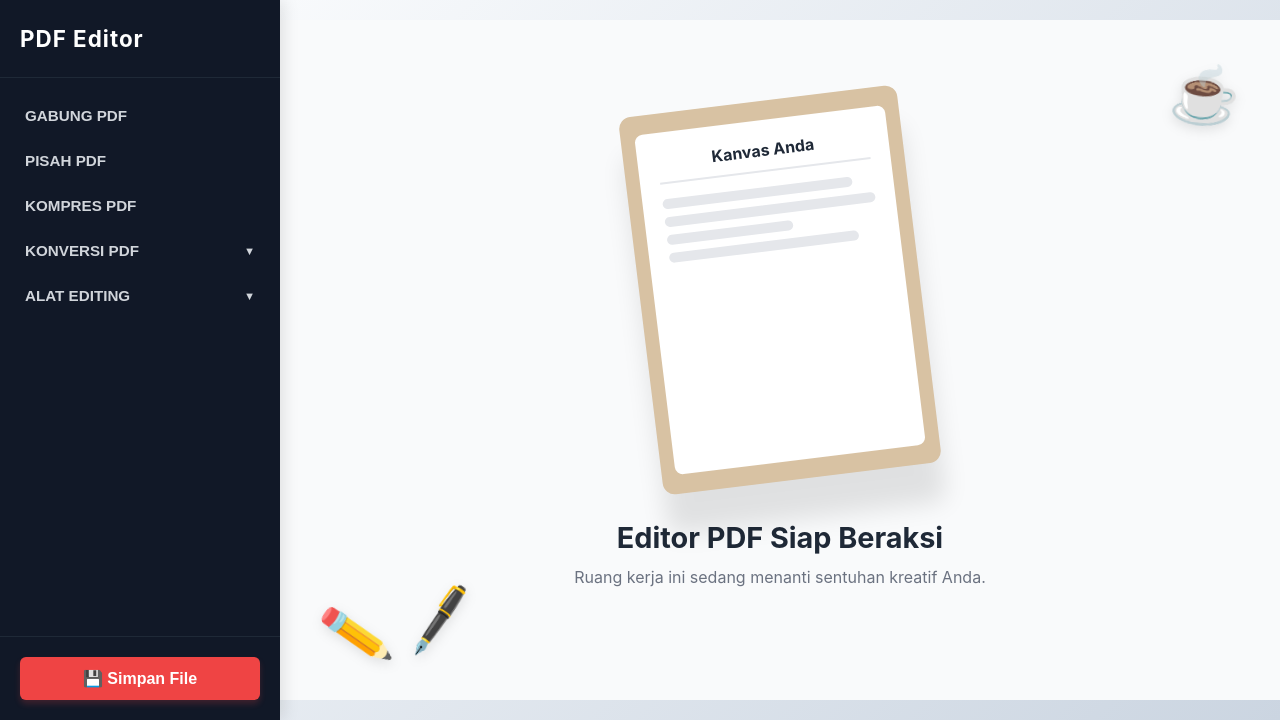
Repository: IkhsanMoekhtar/pdf_editor
Page: /
These files come from the project's save history. The page is drawn as it stood at one moment and after the next save; the edit follows.
The browser window is 1280 px wide. The pictures show the whole page.
The project was rebuilt for these pictures with package versions that can differ from the ones it lists, and the page was loaded fresh each time. Also part of the build but not shown: vite.config.js.

Above is the page before, as saved 2026-03-20 04:04:02.

### index.html
<!doctype html>
<html lang="en">
  <head>
    <meta charset="UTF-8" />
    <link rel="icon" type="image/svg+xml" href="/favicon.svg" />
    <meta name="viewport" content="width=device-width, initial-scale=1.0" />
    <title>frontend-pdf</title>
  </head>
  <body>
    <div id="root"></div>
    <script type="module" src="/src/main.jsx"></script>
  </body>
</html>

### src/index.css
/* --- CSS RESET GLOBAL --- */

/* Tanda bintang (*) artinya menerapkan aturan ini ke SEMUA elemen di website */
* {
  margin: 0;
  padding: 0;
  box-sizing: border-box; /* Memastikan padding tidak menambah lebar elemen */
}

/* Memaksa elemen dasar website untuk mengambil 100% layar tanpa sisa */
html, body, #root {
  width: 100%;
  height: 100%;
  background-color: #f3f4f6; /* Warna latar belakang aplikasi kita */
}

/* Menghilangkan font default yang kaku */
body {
  font-family: Inter, system-ui, Avenir, Helvetica, Arial, sans-serif;
  -webkit-font-smoothing: antialiased;
}

### src/App.jsx
import React, { useState, useRef, useEffect } from 'react';
import { Document, Page, pdfjs } from 'react-pdf';
import './App.css';


pdfjs.GlobalWorkerOptions.workerSrc = new URL(
  'pdfjs-dist/build/pdf.worker.min.mjs',
  import.meta.url,
).toString();

function App() {

  const [pdfFile, setPdfFile] = useState(null);

  // Secara default, activeTool adalah null (Mode Kursor/Pan)
  const [activeTool, setActiveTool] = useState(null);
  const [expandedMenu, setExpandedMenu] = useState(null);
  const fileInputRef = useRef(null);

  const [numPages, setNumPages] = useState(null);
  const [pageNumber, setPageNumber] = useState(1);
  const pdfWrapperRef = useRef(null);

  // --- REF BARU UNTUK WADAH SCROLL ---
  const scrollContainerRef = useRef(null);

  const [containerSize, setContainerSize] = useState({ width: 0, height: 0 });
  const [originalPageSize, setOriginalPageSize] = useState(null);
  const [userZoom, setUserZoom] = useState(1);
  const [rotation, setRotation] = useState(0);
  const [visualZoom, setVisualZoom] = useState(1); // Zoom instan untuk efek visual CSS
  const [isZooming, setIsZooming] = useState(false); // Penanda apakah animasi zoom sedang aktif
  const zoomTimeoutRef = useRef(null);
  const [isZoomMode, setIsZoomMode] = useState(false);
  const [flipX, setFlipX] = useState(false);
  const [flipY, setFlipY] = useState(false);

  // --- STATE BARU UNTUK LOGIKA DRAG / PANNING ---
  const [isDragging, setIsDragging] = useState(false);
  const [dragStart, setDragStart] = useState({ x: 0, y: 0 });
  const [scrollStart, setScrollStart] = useState({ left: 0, top: 0 });

  useEffect(() => {
    const observer = new ResizeObserver((entries) => {
      if (entries[0]) {
        setContainerSize({
          width: entries[0].contentRect.width - 60,
          height: entries[0].contentRect.height - 100
        });
      }
    });

    if (pdfWrapperRef.current) observer.observe(pdfWrapperRef.current);
    return () => observer.disconnect();
  }, [pdfFile]);


  // --- EFEK SCROLL ZOOM (SUPER RESPONSIVE) ---
  useEffect(() => {
    const container = scrollContainerRef.current;
    if (!container) return;

    const handleWheelZoom = (e) => {
      if (isZoomMode) {
        e.preventDefault();
        const zoomStep = 0.1;

        // 1. Ambil posisi mouse relatif terhadap container (viewport)
        const rect = container.getBoundingClientRect();
        const mouseX = e.clientX - rect.left;
        const mouseY = e.clientY - rect.top;

        // 2. Hitung posisi konten saat ini (sebelum zoom baru diterapkan)
        // Rumus: (Scroll Saat Ini + Posisi Mouse) / Zoom Saat Ini
        const contentX = (container.scrollLeft + mouseX) / userZoom;
        const contentY = (container.scrollTop + mouseY) / userZoom;

        // 3. Tentukan nilai zoom baru
        let nextZoom;
        if (e.deltaY < 0) {
          nextZoom = Math.min(userZoom + zoomStep, 4);
        } else {
          nextZoom = Math.max(userZoom - zoomStep, 0.25);
        }

        // 4. Update state zoom
        setUserZoom(nextZoom);

        // 5. KRITIKAL: Hitung dan terapkan scroll baru secara INSTAN
        // Kita hitung di mana koordinat konten tadi harus berada pada skala yang baru
        container.scrollLeft = contentX * nextZoom - mouseX;
        container.scrollTop = contentY * nextZoom - mouseY;
      }
    };

    // Gunakan { passive: false } agar e.preventDefault() bekerja
    container.addEventListener('wheel', handleWheelZoom, { passive: false });
    return () => container.removeEventListener('wheel', handleWheelZoom);
  }, [isZoomMode, userZoom]); // userZoom HARUS ada di sini agar perhitungan posisi akurat

  const calculateOptimalScale = () => {
    if (!containerSize.width || !containerSize.height || !originalPageSize) return 1;

    // Menghitung berapa persen zoom yang dibutuhkan untuk lebar dan tinggi
    const scaleX = containerSize.width / originalPageSize.width;
    const scaleY = containerSize.height / originalPageSize.height;

    // MAGIC: Ambil nilai zoom terkecil agar tidak ada bagian yang terpotong/ke-zoom!
    return Math.min(scaleX, scaleY);
  };

  const calculateBaseScale = () => {
    // Jika data belum lengkap, gunakan skala sangat kecil (0.1)
    // agar PDF raksasa tidak langsung "meledak" dan merusak layout
    if (!containerSize.width || !containerSize.height || !originalPageSize) return 0.2;

    // Pastikan nilai width/height tidak undefined untuk mencegah error NaN (Not a Number)
    if (!originalPageSize.width || !originalPageSize.height) return 1;

    const scaleX = containerSize.width / originalPageSize.width;
    const scaleY = containerSize.height / originalPageSize.height;

    // Kurangi 0.02 (2%) sebagai margin ekstra agar tepian PDF tidak terlalu mepet
    return Math.min(scaleX, scaleY) - 0.02;
  };

  const handleFileUpload = (event) => {
    const file = event.target.files[0];
    if (file && file.type === 'application/pdf') {
      setPdfFile(file);
      setPageNumber(1);
      setOriginalPageSize(null);
      setUserZoom(1);
      setRotation(0);
      setFlipX(false);
      setFlipY(false);
      setActiveTool(null); // Reset tool ke mode pan saat file baru masuk
    } else {
      alert("Mohon unggah file dengan format PDF.");
    }
  };

  const onDocumentLoadSuccess = ({ numPages }) => setNumPages(numPages);
  const onPageLoadSuccess = (page) => {
    setOriginalPageSize({
      width: page.originalWidth,
      height: page.originalHeight
    });
  };
  const changePage = (offset) => setPageNumber(prev => prev + offset);

  // --- FUNGSI MOUSE UNTUK DRAG & PANNING ---
  const handleMouseDown = (e) => {
    // Hanya bisa di-drag jika TIDAK ADA tool edit yang aktif (Mode Kursor)
    if (activeTool !== null) return;

    setIsDragging(true);
    // Catat posisi awal mouse
    setDragStart({ x: e.pageX, y: e.pageY });
    // Catat posisi awal scrollbar
    setScrollStart({
      left: scrollContainerRef.current.scrollLeft,
      top: scrollContainerRef.current.scrollTop
    });
  };

  const handleMouseMove = (e) => {
    if (!isDragging) return;
    e.preventDefault(); // Mencegah browser nge-blok (highlight teks biru) saat ditarik

    // Hitung jarak geser mouse
    const dx = e.pageX - dragStart.x;
    const dy = e.pageY - dragStart.y;

    // Terapkan jarak tersebut untuk menggeser scrollbar
    scrollContainerRef.current.scrollLeft = scrollStart.left - dx;
    scrollContainerRef.current.scrollTop = scrollStart.top - dy;
  };

  const handleMouseUpOrLeave = () => {
    setIsDragging(false);
  };

  // --- FUNGSI ACTION BAR ---
  const handleToolClick = (toolName) => {
    // Jika klik tool yang sama, matikan toolnya (kembali ke mode pan/kursor)
    setActiveTool(prev => prev === toolName ? null : toolName);
  };

  const rotateRight = () => setRotation(prev => (prev + 90) % 360);
  const rotateLeft = () => setRotation(prev => (prev - 90 + 360) % 360);
  const triggerUpload = () => fileInputRef.current.click();
  const toggleMenu = (menuName) => setExpandedMenu(prev => prev === menuName ? null : menuName);

  // --- MENENTUKAN BENTUK KURSOR ---
  const getCursorStyle = () => {
    if (activeTool) return 'crosshair'; // Bentuk "+" untuk menggambar/teks
    if (isDragging) return 'grabbing'; // Bentuk "tangan mengepal" saat ditarik
    return 'grab'; // Bentuk "tangan terbuka" saat mode pan
  };

  const baseWidth = originalPageSize ? (originalPageSize.width * calculateBaseScale()) : 0;
  const currentWidth = baseWidth * userZoom;

  return (
    <div className="app-container">

      <aside className="main-sidebar">
        {/* ... (KODE SIDEBAR TETAP SAMA SEPERTI SEBELUMNYA) ... */}
        <div className="brand">
            <strong>PDF Editor</strong>
        </div>

        <nav className="sidebar-nav">
          <button className="nav-item">GABUNG PDF</button>
          <button className="nav-item">PISAH PDF</button>
          <button className="nav-item">KOMPRES PDF</button>

          <div className={`nav-group ${expandedMenu === 'convert' ? 'expanded' : ''}`}>
            <button className="nav-item has-arrow" onClick={() => toggleMenu('convert')}>
              KONVERSI PDF <span className="arrow">▼</span>
            </button>
            <div className="submenu">
              <div className="submenu-title">KE PDF</div>
              <button className="submenu-btn"><span className="doc-icon icon-jpg">J</span> JPG ke PDF</button>
              <button className="submenu-btn"><span className="doc-icon icon-word">W</span> WORD ke PDF</button>
              <button className="submenu-btn"><span className="doc-icon icon-ppt">P</span> PPT ke PDF</button>
              <button className="submenu-btn"><span className="doc-icon icon-excel">X</span> EXCEL ke PDF</button>

              <div className="submenu-title" style={{ marginTop: '10px' }}>DARI PDF</div>
              <button className="submenu-btn"><span className="doc-icon icon-jpg">J</span> PDF ke JPG</button>
              <button className="submenu-btn"><span className="doc-icon icon-word">W</span> PDF ke WORD</button>
              <button className="submenu-btn"><span className="doc-icon icon-ppt">P</span> PDF ke PPT</button>
              <button className="submenu-btn"><span className="doc-icon icon-excel">X</span> PDF ke EXCEL</button>
            </div>
          </div>

          <div className={`nav-group ${expandedMenu === 'tools' ? 'expanded' : ''}`}>
            <button className="nav-item has-arrow" onClick={() => toggleMenu('tools')}>
              ALAT EDITING <span className="arrow">▼</span>
            </button>
            <div className="submenu">
              <button className={`submenu-btn ${activeTool === 'text' ? 'active' : ''}`} onClick={() => handleToolClick('text')}>
                <span className="doc-icon icon-pdf">T</span> Tambah Teks
              </button>
              <button className={`submenu-btn ${activeTool === 'draw' ? 'active' : ''}`} onClick={() => handleToolClick('draw')}>
                <span className="doc-icon icon-pdf">C</span> Coretan Bebas
              </button>
              <button className={`submenu-btn ${activeTool === 'highlight' ? 'active' : ''}`} onClick={() => handleToolClick('highlight')}>
                <span className="doc-icon icon-pdf">H</span> Highlight Area
              </button>
            </div>
          </div>
        </nav>

        <div className="sidebar-footer">
          <button className="save-btn" onClick={() => { if(pdfFile) alert("Mempersiapkan data!"); }}>
            💾 Simpan File
          </button>
        </div>
      </aside>

      <main className="workspace">
        <div
          className="viewer-container"
          ref={pdfWrapperRef}
          style={{
            width: '100%',
            height: '100%',
            display: 'flex',
            flexDirection: 'column',
            alignItems: 'center',
            justifyContent: 'center',
            overflow: 'hidden',
            // Hapus backgroundColor, ganti dengan backgroundImage
            backgroundImage: 'linear-gradient(135deg, #f8fafc 0%, #cbd5e1 100%)'
          }}
        >
          {pdfFile ? (
            <div className="custom-pdf-viewer" style={{ display: 'flex', flexDirection: 'column', alignItems: 'center', width: '100%', height: '100%', padding: '20px' ,position:'relative'}}>

              <div className="pdf-controls" style={{ flexShrink: 0, marginBottom: '15px', display: 'flex', gap: '15px', alignItems: 'center', backgroundColor: 'white', padding: '10px 20px', borderRadius: '8px', boxShadow: '0 2px 5px rgba(0,0,0,0.1)' }}>
                <button onClick={() => changePage(-1)} disabled={pageNumber <= 1} style={{ padding: '8px 12px', cursor: pageNumber <= 1 ? 'not-allowed' : 'pointer', border: '1px solid #ccc', borderRadius: '4px', background: 'white' }}>
                  ◀ Prev
                </button>
                <span style={{ fontWeight: 'bold', color: '#374151' }}>
                  Halaman {pageNumber} dari {numPages || '--'}
                </span>
                <button onClick={() => changePage(1)} disabled={pageNumber >= numPages} style={{ padding: '8px 12px', cursor: pageNumber >= numPages ? 'not-allowed' : 'pointer', border: '1px solid #ccc', borderRadius: '4px', background: 'white' }}>
                  Next ▶
                </button>
              </div>

              {/* --- WADAH SCROLL DENGAN MOUSE EVENT --- */}
              <div
                className="pdf-paper-wrapper"
                ref={scrollContainerRef}
                onMouseDown={handleMouseDown}
                onMouseMove={handleMouseMove}
                onMouseUp={handleMouseUpOrLeave}
                onMouseLeave={handleMouseUpOrLeave} // Berhenti drag jika mouse keluar area
                style={{
                  flex: 1,
                  overflow: 'auto',
                  justifyContent: 'center',
                  alignItems: 'flex-start',
                  width: '100%',
                  paddingTop: '10px',
                  paddingBottom: '20px',
                  cursor: getCursorStyle(), // Kursor berubah secara dinamis
                  userSelect: isDragging ? 'none' : 'auto' // Mencegah teks ke-blok saat ditarik
                }}
              >
                <div className="pdf-paper"
                style={{
                  boxShadow: '0 10px 30px rgba(0,0,0,0.15)',
                  backgroundColor: 'white',
                  display: 'block',
                  margin: currentWidth > containerSize.width ? '0' : '0 auto',
                  width: currentWidth ? `${currentWidth}px` : 'auto',
                }}>
                <Document
                  file={pdfFile}
                  onLoadSuccess={onDocumentLoadSuccess}
                  loading={<div style={{ padding: '50px' }}>Memuat mesin dan dokumen...</div>}
                >
                  <Page
                    pageNumber={pageNumber}
                    renderTextLayer={false}
                    renderAnnotationLayer={false}
                    onLoadSuccess={onPageLoadSuccess}
                    scale={calculateBaseScale() * 4}
                    rotate={rotation}
                  />
                </Document>
                </div>
              </div>

              <div className="floating-action-bar" style={{ position: 'absolute', bottom: '20px', left: '50%', transform: 'translateX(-50%)', backgroundColor: 'rgba(255,255,255,0.9)', backdropFilter: 'blur(5px)', padding: '10px 20px', borderRadius: '99px', boxShadow: '0 10px 25px rgba(0,0,0,0.1)', display: 'flex', gap: '10px', alignItems: 'center', zIndex: 1000, border: '1px solid #e5e7eb' }}>
                <p style={{ fontSize: '11px', color: '#6b7280', marginRight: '5px' }}>Zoom: {(calculateBaseScale() * userZoom* 100).toFixed(0)}%</p>
                <button
                  className={`action-btn ${isZoomMode ? 'active' : ''}`}
                  onClick={() => setIsZoomMode(!isZoomMode)}
                  title="Gunakan Scroll Mouse untuk Zoom"
                >
                  🔍 {isZoomMode ? 'Scroll Zoom: ON' : 'Scroll Zoom: OFF'}
                </button>
                <div style={{ width: '1px', height: '20px', backgroundColor: '#e5e7eb' }}></div>
                <button className={`action-btn ${rotation !== 0 ? 'active' : ''}`} onClick={rotateLeft} title="Putar kanan">🔄 R</button>
                <button className={`action-btn ${rotation !== 0 ? 'active' : ''}`} onClick={rotateRight} title="Putar Kiri">🔄 L</button>
                <div style={{ width: '1px', height: '20px', backgroundColor: '#e5e7eb' }}></div>

                {/* Tombol Alat Edit (Bisa di-toggle on/off) */}
                <button className={`action-btn ${activeTool === 'text' ? 'active' : ''}`} onClick={() => handleToolClick('text')}>✍️ Teks</button>
                <button className={`action-btn ${activeTool === 'draw' ? 'active' : ''}`} onClick={() => handleToolClick('draw')}>🖌️ Coret</button>
              </div>

            </div>
          ) : (
            <div className="empty-state desktop-scene" onClick={triggerUpload} style={{ margin: '20px' }}>
              <input type="file" accept="application/pdf" style={{ display: 'none' }} ref={fileInputRef} onChange={handleFileUpload} />
              <div className="clipboard"><div className="clipboard-paper"><div className="clipboard-header">Kanvas Anda</div><div className="clipboard-content"><div className="empty-line large"></div><div className="empty-line"></div><div className="empty-line medium"></div><div className="empty-line large"></div></div></div></div>
              <div className="desk-item coffee-cup">☕️</div>
              <div className="desk-item pens">✏️ 🖋️</div>
              <div className="message-container">
                <h3>Editor PDF Siap Beraksi</h3>
                <p>Ruang kerja ini sedang menanti sentuhan kreatif Anda.</p>
              </div>
            </div>
          )}
        </div>
      </main>
    </div>
  );
}

export default App;

Loaded but not shown: src/main.jsx (common file); src/App.css (317 lines, source omitted)

After the next save:
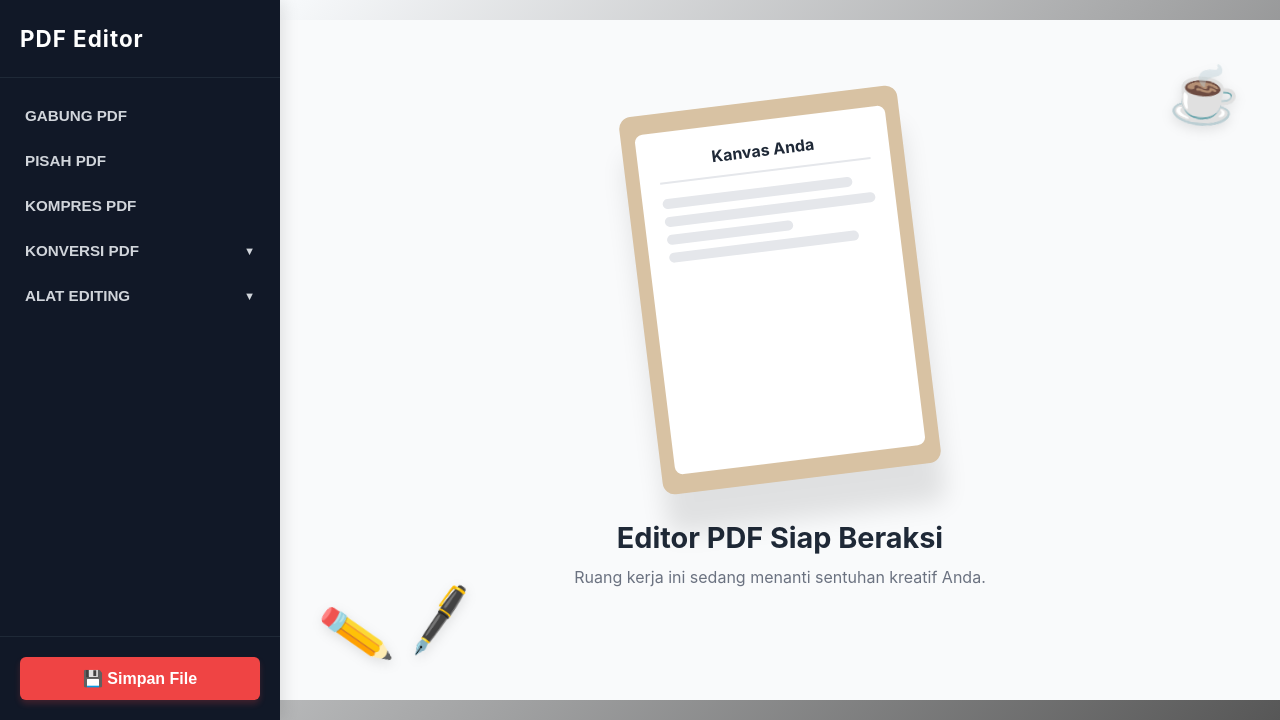
Saved 11 s later.
--- a/src/App.jsx
+++ b/src/App.jsx
@@ -273,7 +273,7 @@ function App() {
             justifyContent: 'center',
             overflow: 'hidden',
             // Hapus backgroundColor, ganti dengan backgroundImage
-            backgroundImage: 'linear-gradient(135deg, #f8fafc 0%, #cbd5e1 100%)'
+            backgroundImage: 'linear-gradient(135deg, #f8fafc 0%, #575757 100%)'
           }}
         >
           {pdfFile ? (
